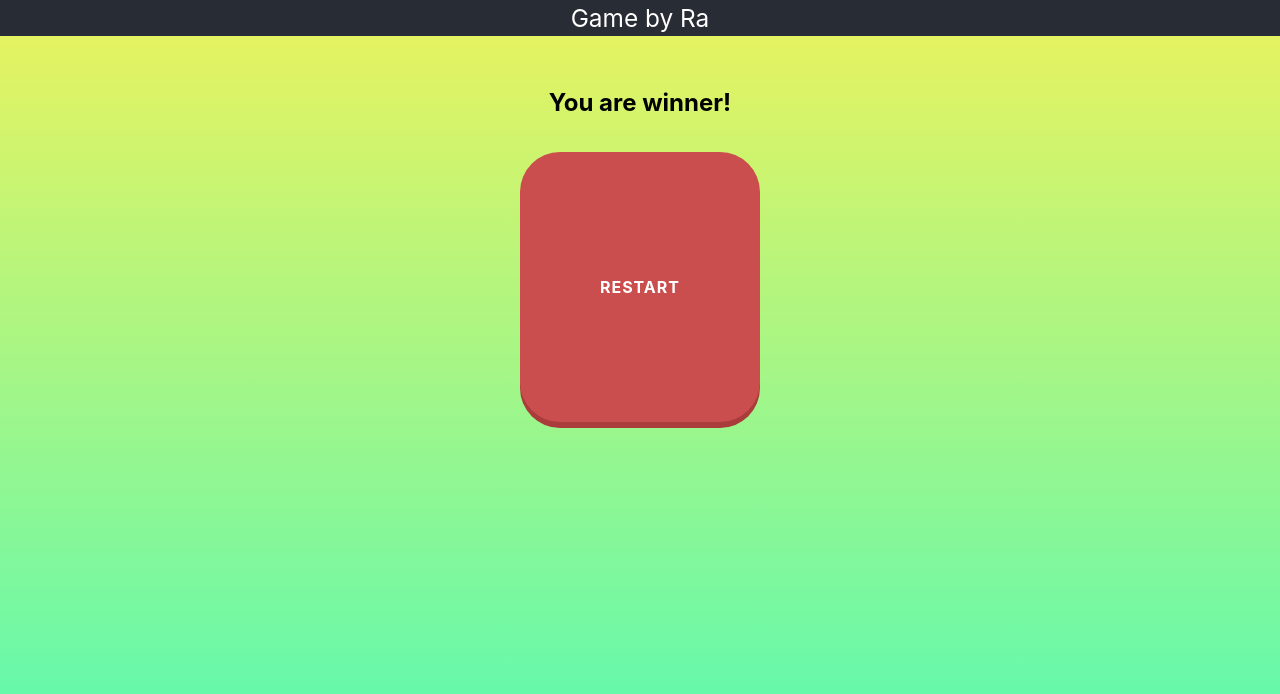
Repository: Sergioramasano/ramos-game
Page: /
These files come from the project's save history. The page is drawn as it stood at one moment and after the next save; the edit follows.
The browser window is 1280 px wide. The pictures show the whole page.
The project was rebuilt for these pictures with package versions that can differ from the ones it lists, and the page was loaded fresh each time. Also part of the build but not shown: src/components/Cards.js.

Above is the page before, as saved 2021-02-11 19:39:36.

After the next save:
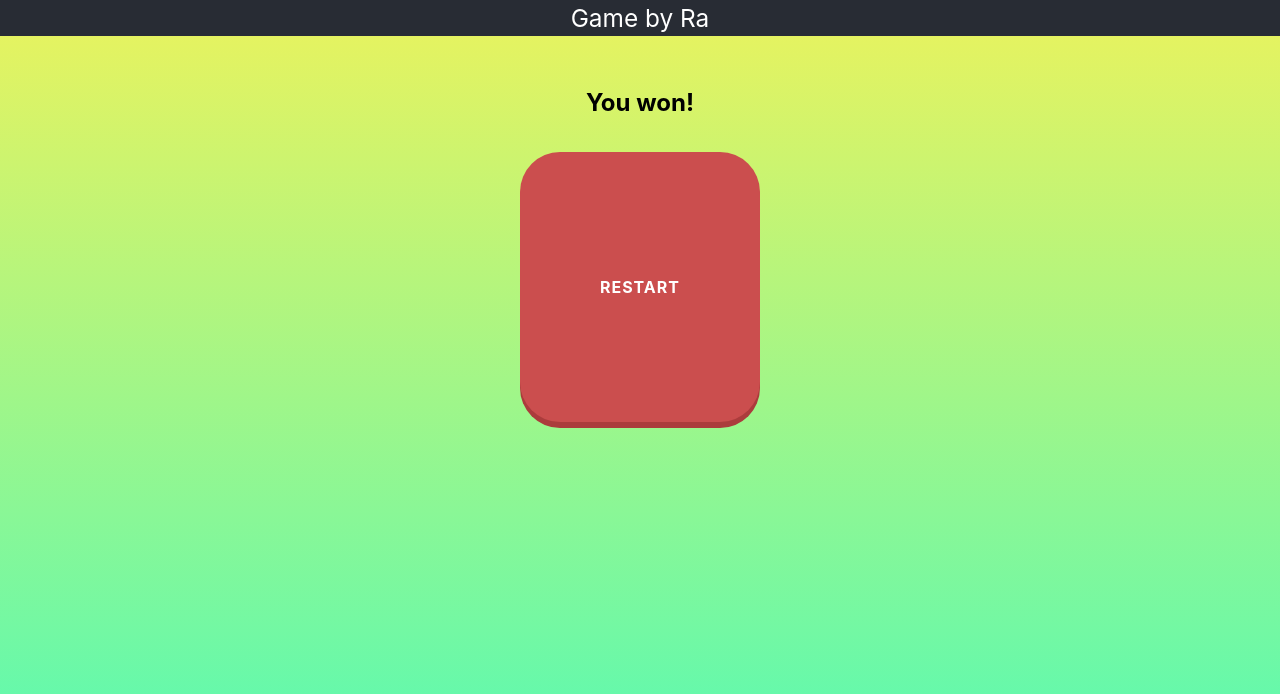
Saved 59 s later.
--- a/src/components/GameBox/GameBox.js
+++ b/src/components/GameBox/GameBox.js
@@ -45,11 +45,7 @@
 
   return (
     <main className={styles.gamebox}>
-      {bingo.length !== urls.length ? (
-        <h2>You are winner!</h2>
-      ) : (
-        <h2>Let's go!</h2>
-      )}
+      {bingo.length !== urls.length ? <h2>You won!</h2> : <h2>Let's go!</h2>}
 
       <section className={styles.wrap}>
         {bingo.length !== urls.length ? (
